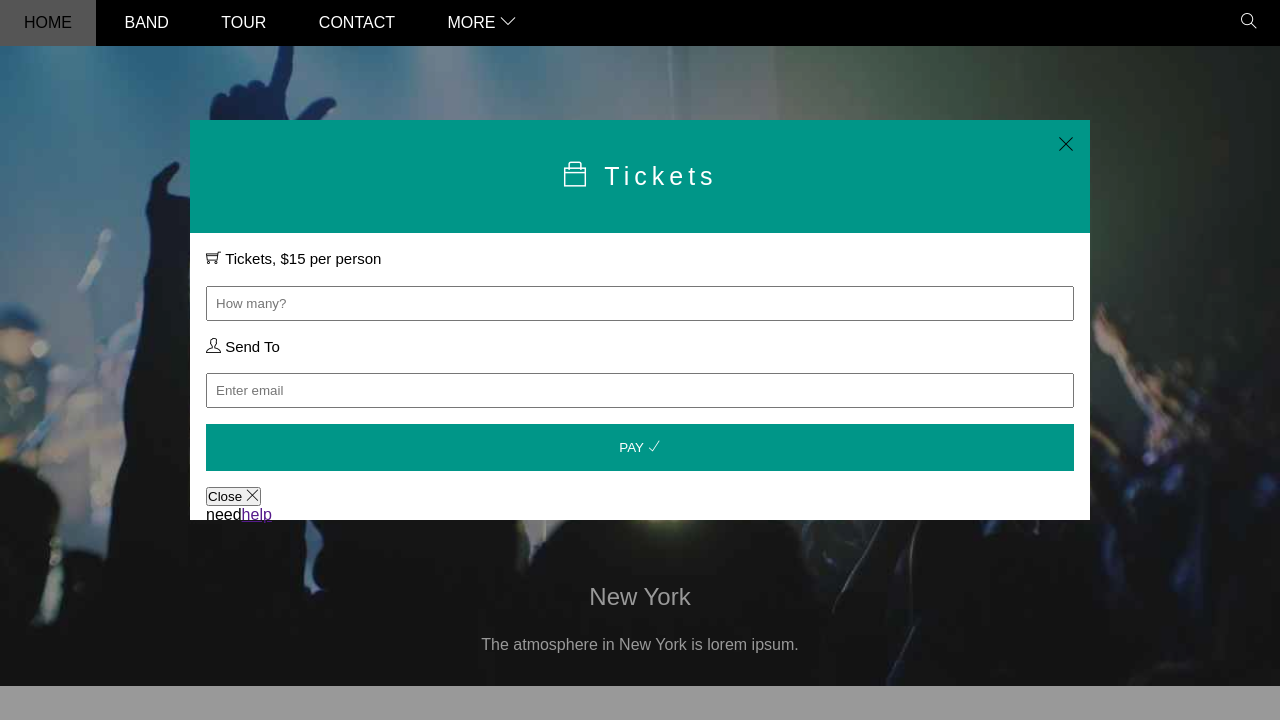
Repository: tung1233hhhhhhhhhhhhh/Website
Page: w3_band/index.html
The author's editor kept a copy of each file at every save. The page is drawn from the files as they stood at one save, then again after the next save.
The browser window is 1280 px wide. The pictures show the window.
A layer covers the whole window, so only the first screen is drawn.

Above is the page before, as saved 2023-02-18 21:48:11.

After the next save:
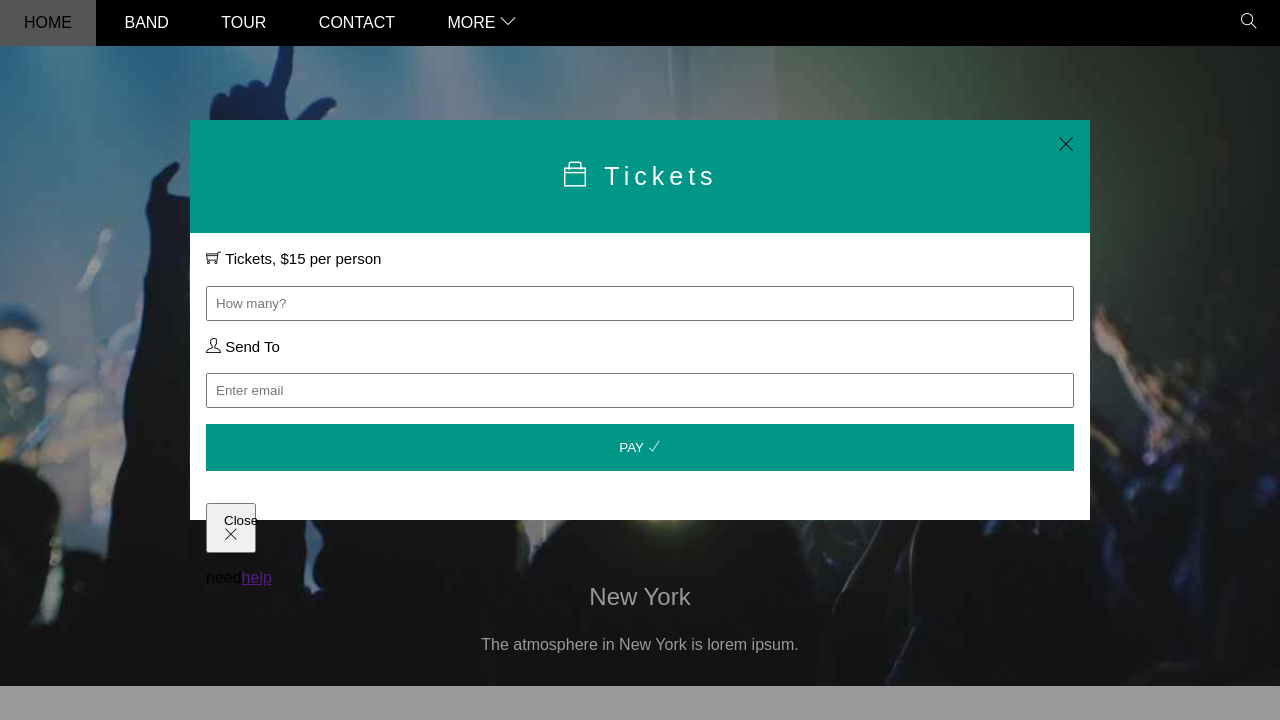
Saved 92 s later.
--- a/w3_band/assets/css/style.css
+++ b/w3_band/assets/css/style.css
@@ -449,3 +449,10 @@
     background-color: #ccc;
     cursor: pointer;
 }
+
+.modal .modal_button-close {
+    width: 50px;
+    margin-top: 16px;
+    margin-bottom: 16px;
+    padding: 8px 16px;
+}
